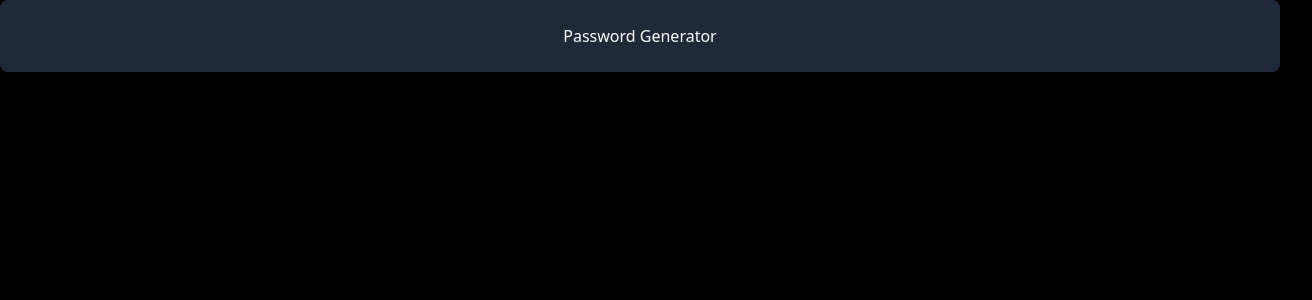
Repository: Abdul-Moeid-Rao/React-Projects
Page: / (app in 05passwordGenrator/)
An editor plug-in stored every save of this project. The page is shown before and after the next save, followed by the edit.
The browser window is 1280 px wide. The page is 1280 px wide, then 1312 px, so the pictures cover 1312 px, including what lies to the right of the window. The pictures show the whole page.
The project was rebuilt for these pictures with package versions that can differ from the ones it lists, and the page was loaded fresh each time. Also part of the build but not shown: 05passwordGenrator/vite.config.js.

Above is the page before, as saved 2024-07-14 21:19:13.

### 05passwordGenrator/src/App.jsx
import { useCallback, useEffect, useState } from 'react'

function App() {
  const [length, setLength] = useState(8);
  const [number, setNumber] = useState(false);
  const [char, setChar] = useState(false);
  const [password, setPassword] = useState("");

  const passGenerator = useCallback(()=> {
    let pass = "";
    let str = "ABCDEFGHIJKLMNOPQRSTUVWXYZabcdefghijklmnopqrstuvwxyz"
    if (number) str += "0123456789";
    if (char) str += "!@#$&*%";

    for (let i = 1; i < length; i++) {
      let char = Math.floor(Math.random() * str.length + 1);
      pass += str.charAt(char);

    }
    setPassword(pass)

  }, [length,number, char, setPassword])

  useEffect(()=>{
    passGenerator()
  }, [length, number, char, passGenerator])

  return (
    <div className='w-full max-auto shadow-md rounded-lg px-4 py-3 mx-90 bg-gray-800 text-orange-500 justify-center'>
      <h1 className='text-white text-center my-3'>Password Generator</h1>
    </div>
  )
}

export default App

Loaded but not shown: 05passwordGenrator/index.html (common file); 05passwordGenrator/src/main.jsx (common file); 05passwordGenrator/src/index.css (common file); 05passwordGenrator/tailwind.config.js (common file)

After the next save:
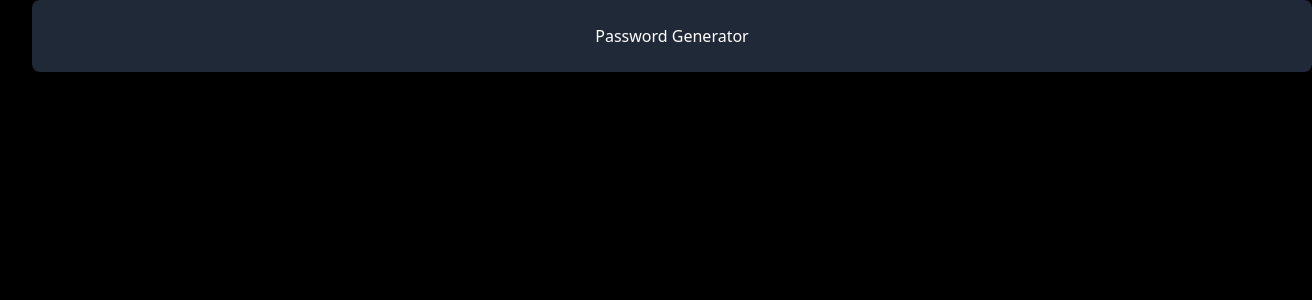
Saved 19 s later.
--- a/05passwordGenrator/src/App.jsx
+++ b/05passwordGenrator/src/App.jsx
@@ -26,7 +26,7 @@ function App() {
   }, [length, number, char, passGenerator])
 
   return (
-    <div className='w-full max-auto shadow-md rounded-lg px-4 py-3 mx-90 bg-gray-800 text-orange-500 justify-center'>
+    <div className='w-full max-auto shadow-md rounded-lg px-4 py-3 mx-8 bg-gray-800 text-orange-500 justify-center'>
       <h1 className='text-white text-center my-3'>Password Generator</h1>
     </div>
   )
